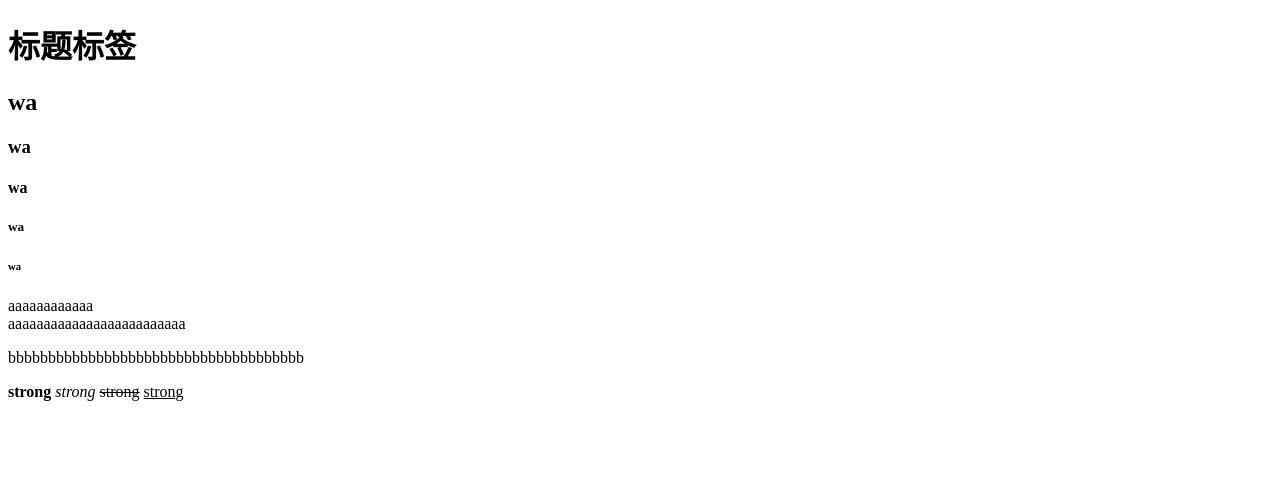
Repository: Qwenicq/My_project
Page: html/vscode_frist.htm
These files come from the project's save history. The page is drawn as it stood at one moment and after the next save; the edit follows.
The browser window is 1280 px wide. The pictures show the whole page.

Above is the page before, as saved 2023-03-27 21:26:29.

### html/vscode_frist.htm
<!DOCTYPE html>
<html lang="zh-CN">
<head>
    <meta charset="UTF-8">
    <meta http-equiv="X-UA-Compatible" content="IE=edge">
    <meta name="viewport" content="width=device-width, initial-scale=1.0">
    <title>HTML标签</title>
</head>
<body>
    <h1>标题标签</h1>
    <h2>wa</h2>
    <h3>wa</h3>
    <h4>wa</h4>
    <h5>wa</h5>
    <h6>wa</h6>
    <p>aaaaaaaaaaaa<br />aaaaaaaaaaaaaaaaaaaaaaaaa</p>
    <p>bbbbbbbbbbbbbbbbbbbbbbbbbbbbbbbbbbbbb</p>
    <strong>strong</strong>
    <em>strong</em>
    <del>strong</del>
    <ins>strong</ins>

</body>
</html>

After the next save:
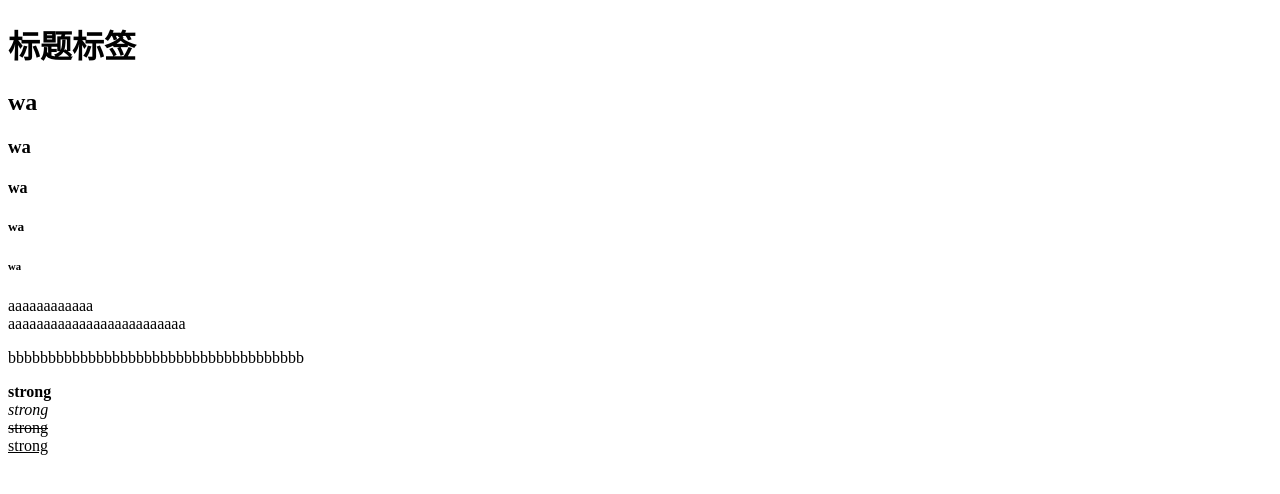
Saved 35 s later.
--- a/html/vscode_frist.htm
+++ b/html/vscode_frist.htm
@@ -16,8 +16,9 @@
     <p>aaaaaaaaaaaa<br />aaaaaaaaaaaaaaaaaaaaaaaaa</p>
     <p>bbbbbbbbbbbbbbbbbbbbbbbbbbbbbbbbbbbbb</p>
     <strong>strong</strong>
-    <em>strong</em>
-    <del>strong</del>
+    <br />
+    <em>strong</em><br />
+    <del>strong</del><br />
     <ins>strong</ins>
 
 </body>
